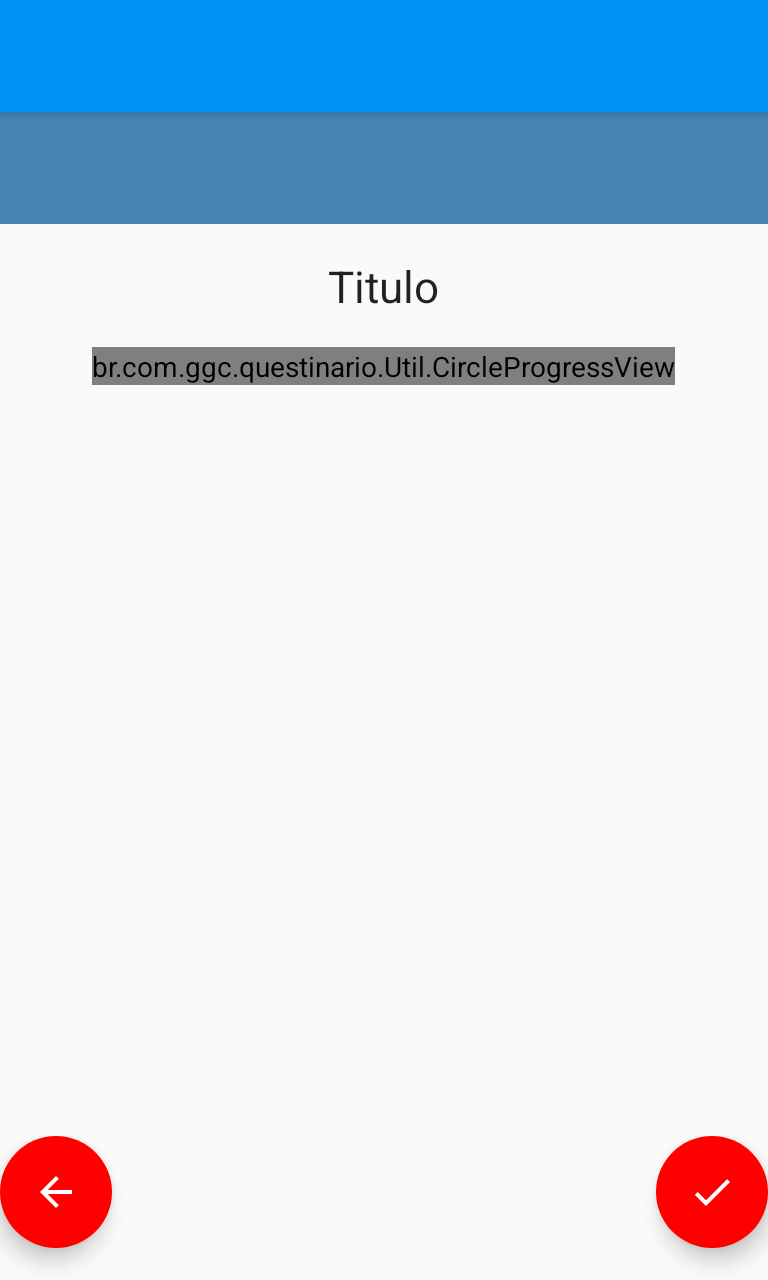
Repository: Gilson-Android/Questionario_App
Layout: Questinario/res/layout/activity_principal.xml
The author's editor kept a copy of each file at every save. The layout is drawn from the files as they stood at one save, then again after the next save.
Pictures or frames that could not be fetched are drawn as grey boxes. It is drawn on a 768 x 1280 px phone screen (xhdpi) without system bars, with theme AppTheme; the app's code is not run.

Above is the layout before, as saved 2015-09-03 21:56:46.

After the next save:
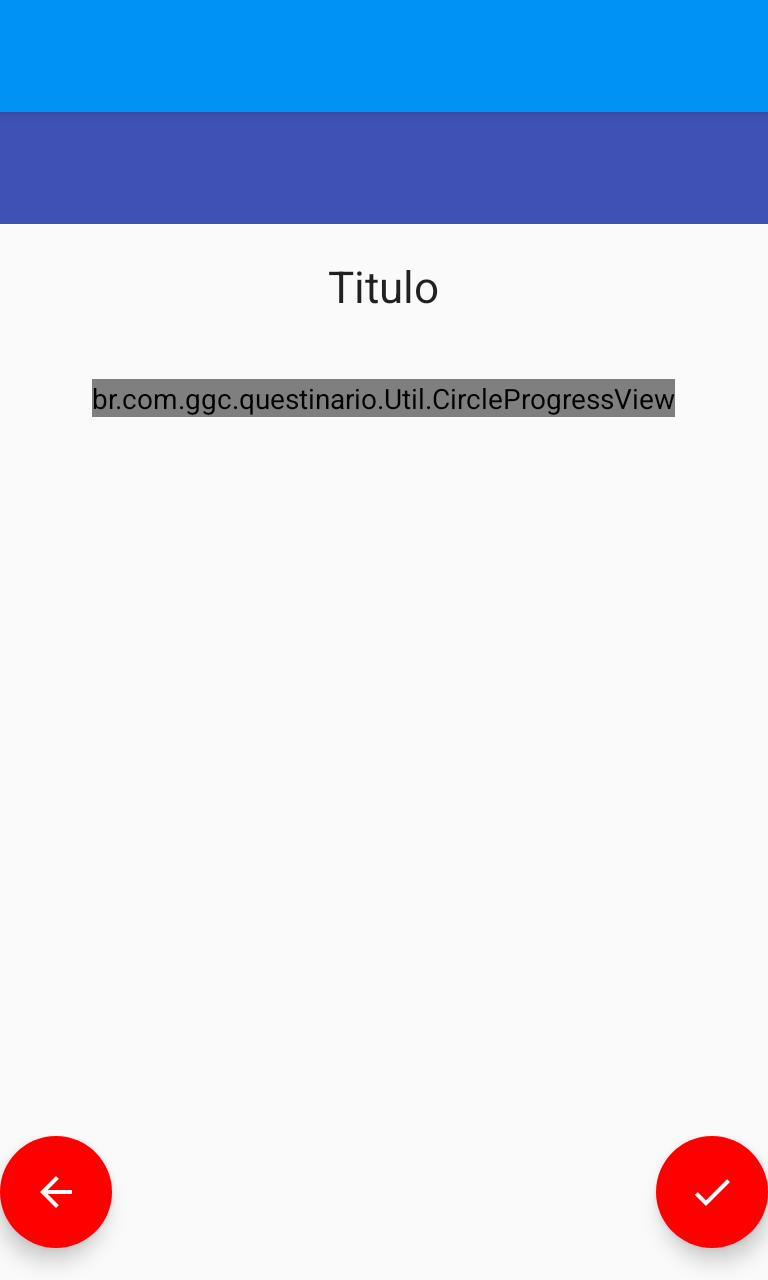
Saved 27 s later.
--- a/Questinario/res/layout/activity_principal.xml
+++ b/Questinario/res/layout/activity_principal.xml
@@ -14,9 +14,9 @@
         android:layout_width="match_parent"
         android:layout_height="wrap_content"
         android:layout_below="@+id/toolbar"
+        android:background="?attr/colorPrimary"
         android:minHeight="?attr/actionBarSize"
         android:theme="@style/ThemeOverlay.AppCompat.Dark.ActionBar"
-        android:background="@color/Azul_Claro"
         app:tabGravity="fill"
         app:tabMode="scrollable" />
 
@@ -80,16 +80,14 @@
             android:layout_width="wrap_content"
             android:layout_height="wrap_content"
             android:layout_gravity="center"
-          	app:contourSize="0dp"
-        	app:rimWidth="35dp"
-        	app:rimColor="#B2DFDB"
-        	app:barWidth="35dp"
-        	app:barColor="#00796B"
-        	app:showUnit="true"
-       		app:unit="%"
-        	app:unitColor="#009688"
-        	app:textColor="#00796B"
-            app:seekMode="true">
+            android:layout_marginBottom="@dimen/activity_vertical_margin"
+            android:layout_marginLeft="@dimen/activity_horizontal_margin"
+            android:layout_marginRight="@dimen/activity_horizontal_margin"
+            android:layout_marginTop="@dimen/activity_vertical_margin"
+            android:max="10"
+            app:contourColor="@color/Azul_Claro"
+            app:seekMode="true"
+            app:showUnit="false" >
         </br.com.ggc.questinario.Util.CircleProgressView>
     </LinearLayout>
 
